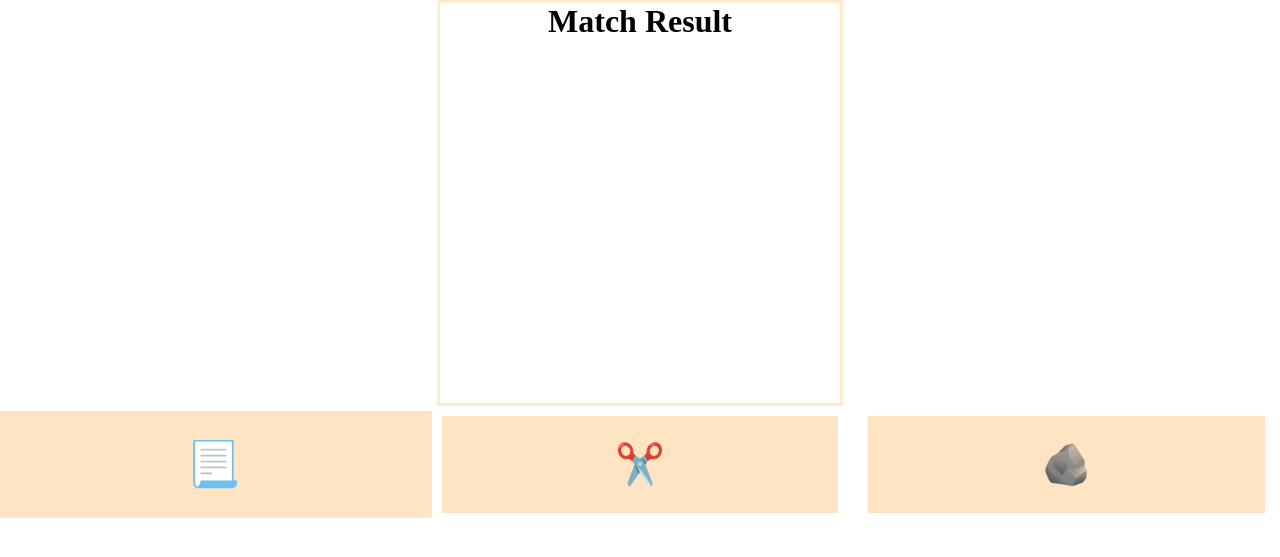
Repository: stevenxylver/mini-games
Page: index.html
The author's editor kept a copy of each file at every save. The page is drawn from the files as they stood at one save, then again after the next save.
The browser window is 1280 px wide. The pictures show the whole page.
The pointer rests on the first visible `.option`.

Above is the page before, as saved 2022-07-16 13:42:30.

After the next save:
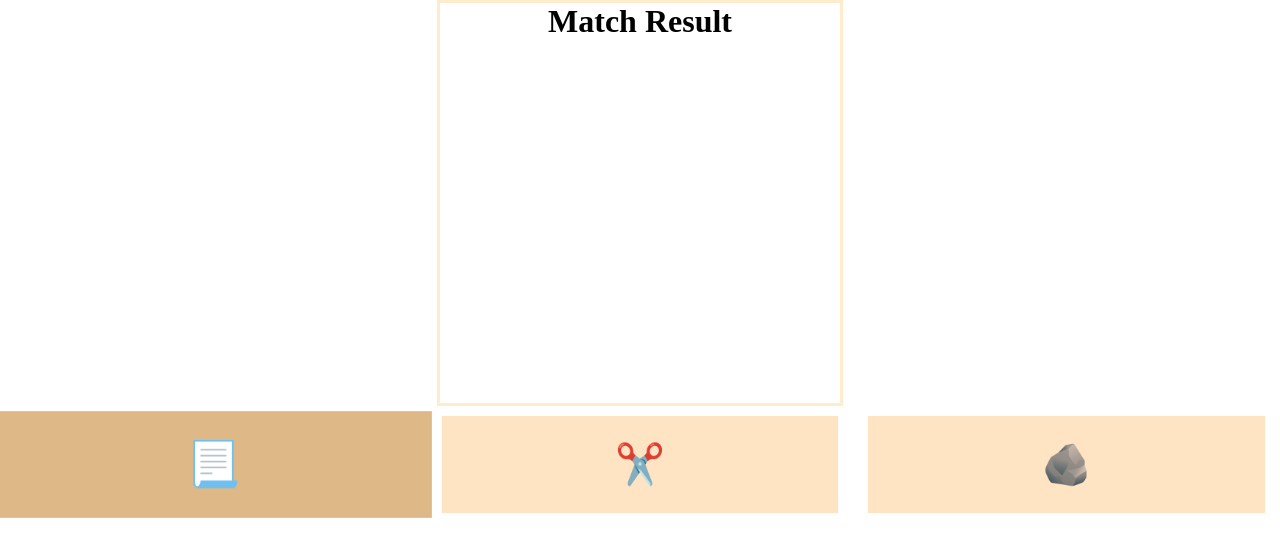
Saved 76 s later.
--- a/style.css
+++ b/style.css
@@ -39,6 +39,7 @@ body,
 
 .option:hover{
     cursor:pointer;
+    background-color: burlywood;
     transition:cubic-bezier(0.215,8.61,0.355,1)ease-in-out;
     transform:scale(110%);
     -webkit-transform: scale(110%);
